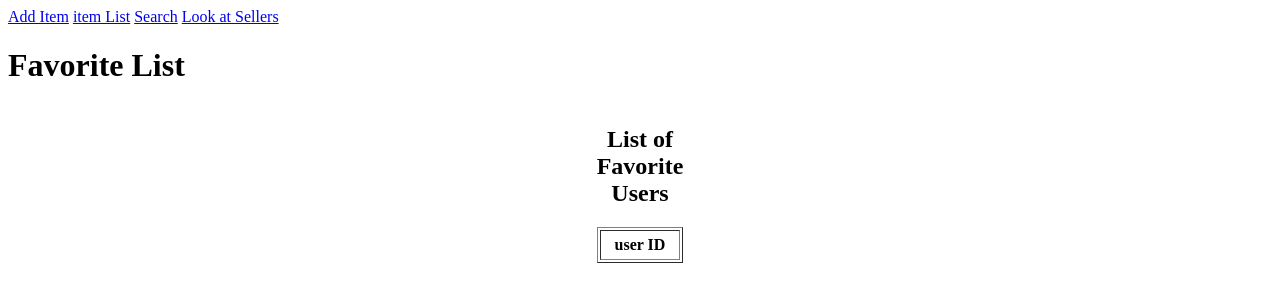
Repository: HamdanM/DatabaseProject
Page: http://localhost/DB3/favUser.jsp
An editor plug-in stored every save of this project. The page is shown before and after the next save, followed by the edit.
The browser window is 1280 px wide. The pictures show the whole page.
The page is served by Tomcat 9. Other server files are loaded and not shown. The template is opened directly, without the code that normally fills it, so the values that code supplies are empty.

Above is the page before, as saved 2019-07-25 03:59:52.

### DB3/WebContent/favUser.jsp
<%@ page language="java" contentType="text/html; charset=ISO-8859-1"
    pageEncoding="ISO-8859-1"%>
  <%@ taglib prefix="c" uri="http://java.sun.com/jsp/jstl/core" %>
<!DOCTYPE html PUBLIC "-//W3C//DTD HTML 4.01 Transitional//EN" "http://www.w3.org/TR/html4/loose.dtd">
<html>
<head>
<meta http-equiv="Content-Type" content="text/html; charset=ISO-8859-1">
<title>Insert title here</title>
</head>
<body>
<a href="addItem.jsp">Add Item</a>
<a href="list">item List</a>
<a href="search.jsp">Search</a>
<a href="sellers">Look at Sellers</a>

<div id="FavList" class="tab">
    <h1>Favorite List</h1>

      <div align="center">
        <table border="1" cellpadding="5">
            <caption><h2>List of Favorite Users</h2></caption>
            <tr>
                <th> user ID </th>


            </tr>
            <c:forEach var="fav" items="${favsList}">
                <tr>
                    <td><c:out value="${fav.getFriend()}" /></td>
                    <td><c:out value="${fav.getUser_UserID()}" /></td>
                    <td>
                        &nbsp;&nbsp;
                        <a href="deleteFavUser?id=<c:out value='${fav.getUser_UserID()}' />">Delete</a>
                    </td>
                </tr>
            </c:forEach>
        </table>
    </div>

</div>
</body>
</html>

After the next save:
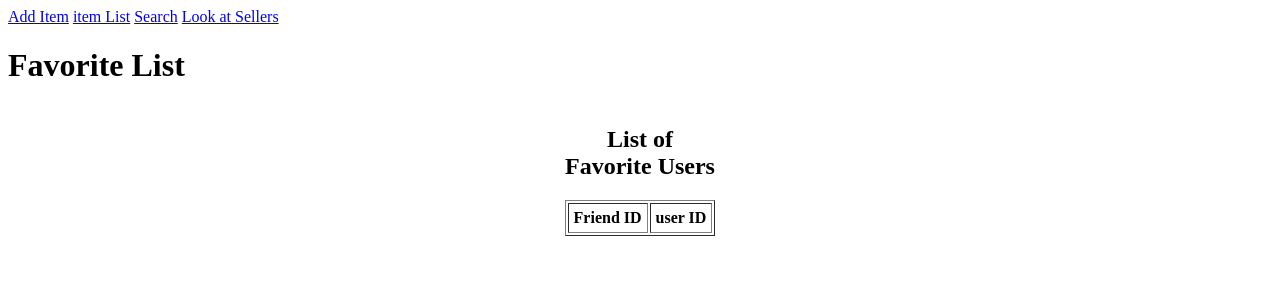
Saved 35 s later.
--- a/DB3/WebContent/favUser.jsp
+++ b/DB3/WebContent/favUser.jsp
@@ -20,6 +20,7 @@
         <table border="1" cellpadding="5">
             <caption><h2>List of Favorite Users</h2></caption>
             <tr>
+                <th>Friend ID</th>
                 <th> user ID </th>
 
 
